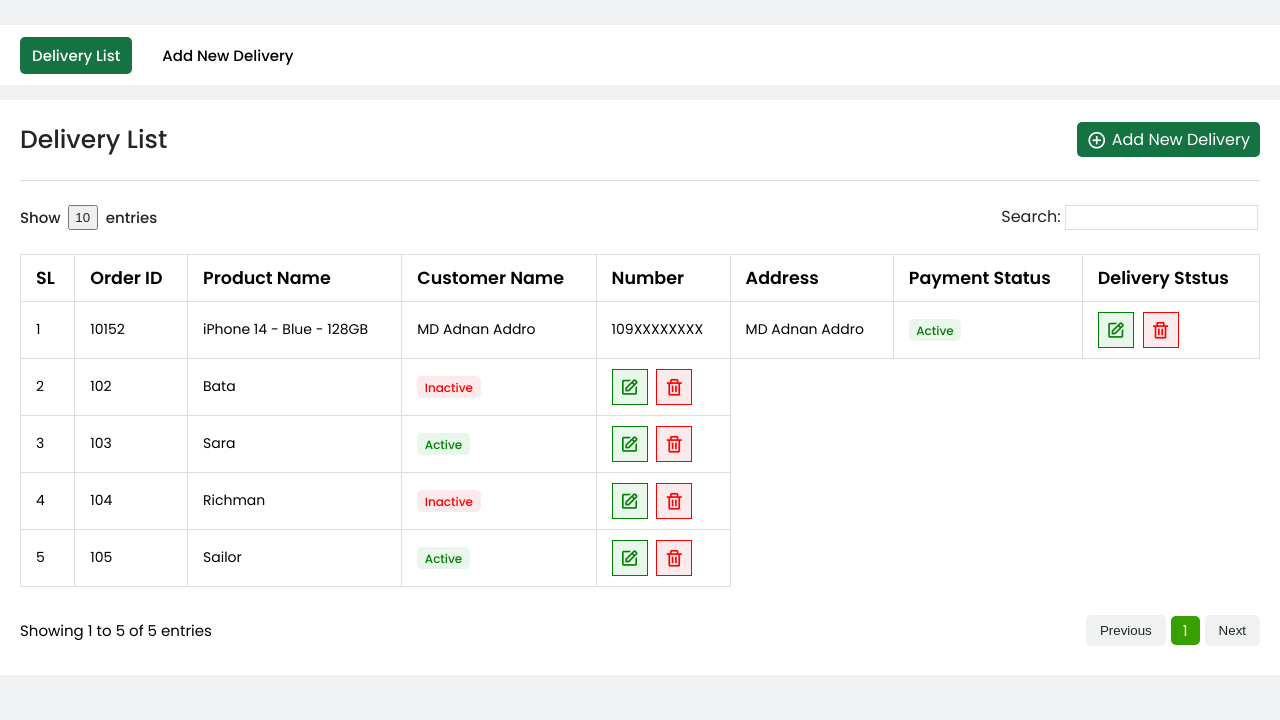
Repository: codebyaddro/delivery-page
Page: delivery.html
An editor plug-in stored every save of this project. The page is shown before and after a run of saves, followed by the edit.
The browser window is 1280 px wide. The pictures show the whole page.

Above is the page before, as saved 2025-02-27 13:55:48.

After the next 23 saves:
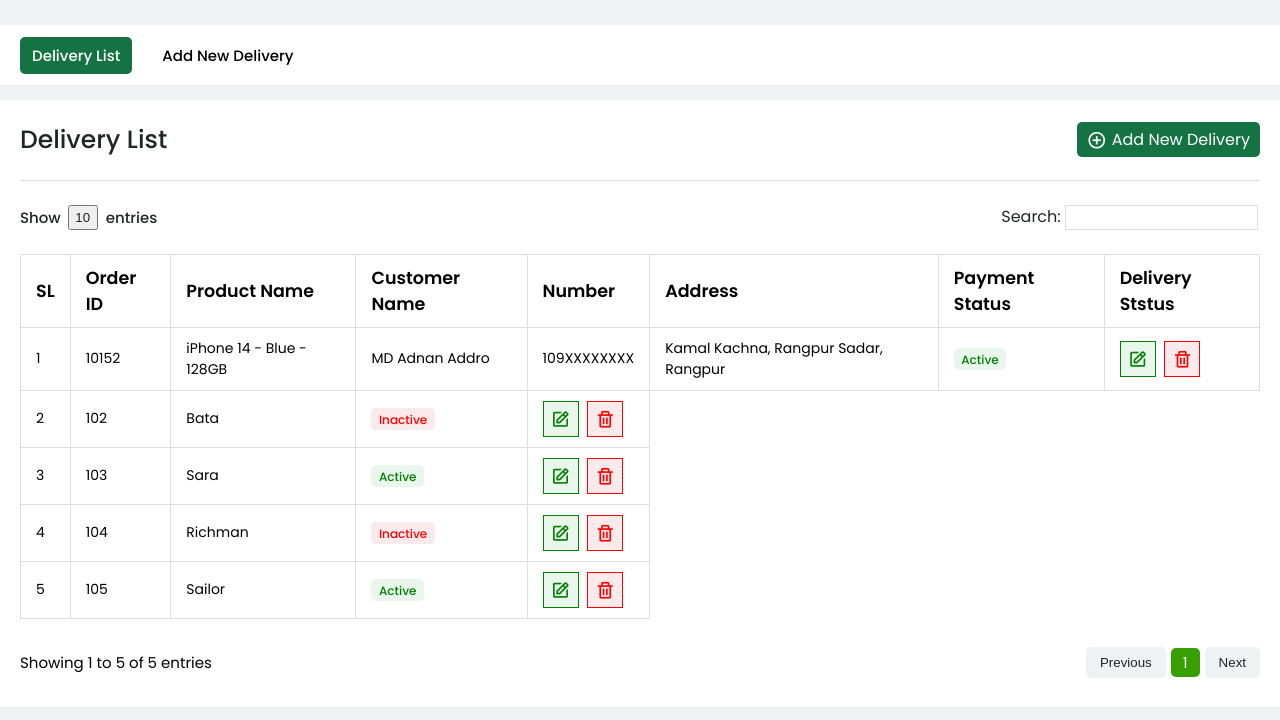
The 23 saves are shown as one change because they came seconds apart.
The last was saved 29 s later.
--- a/delivery.html
+++ b/delivery.html
@@ -61,7 +61,7 @@
                             <td>iPhone 14 - Blue - 128GB</td>
                             <td>MD Adnan Addro</td>
                             <td>109XXXXXXXX</td>
-                            <td>MD Adnan Addro</td>
+                            <td>Kamal Kachna, Rangpur Sadar, Rangpur</td>
                             <td><span class="active">Active</span></td>
                             <td>
                                 <a title="Edit" href="#"><i class='edit-icon bx bx-edit'></i></a>
